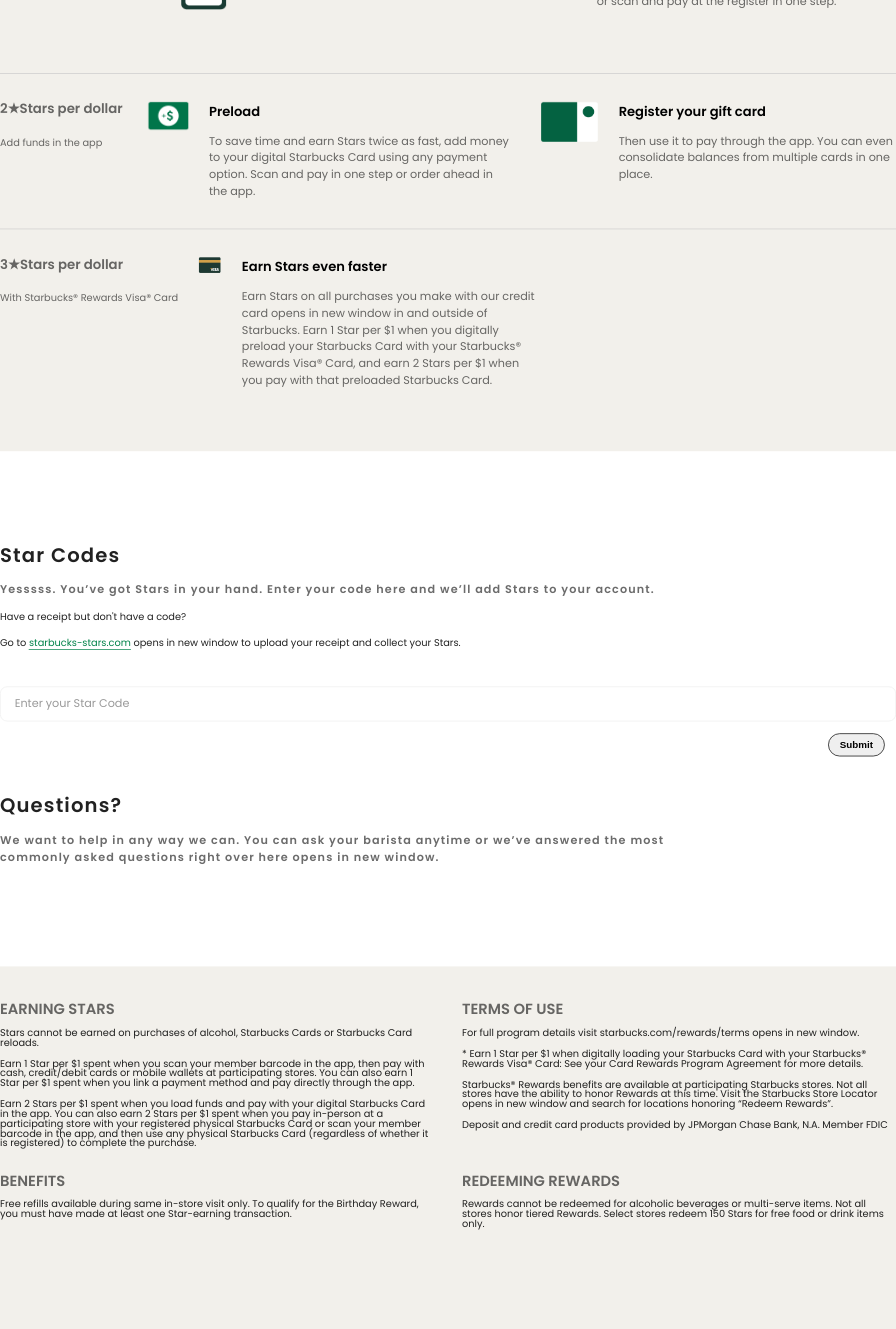
Repository: Akashiii1/StarBucks
Page: index.html
These files come from the project's save history. The page is drawn as it stood at one moment and after the next save; the edit follows.
The browser window is 1280 px wide. The pictures show the part of the page from y = 2812 to 4732 px (the page is 4710 px tall before and 4732 px after), at 70% of full size.

Above is the page before, as saved 2022-02-03 23:48:09.

After the next save:
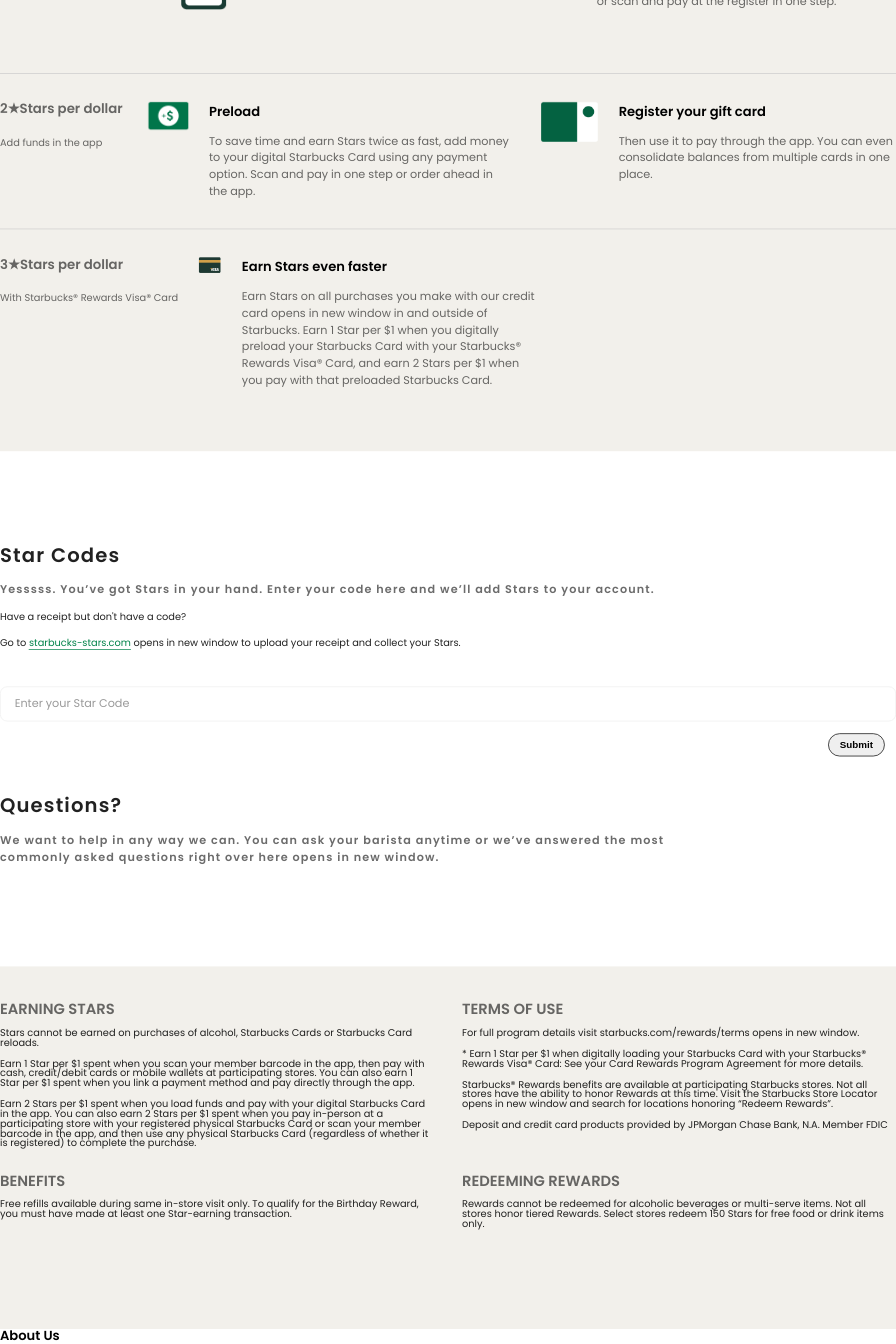
Saved 9 s later.
--- a/index.html
+++ b/index.html
@@ -482,7 +482,9 @@
       <!-- Footer -->
       <section class="footer">
         <div class="container ft-content">
-          <div class="ft-item"></div>
+          <div class="ft-item">
+            <h3>About Us</h3>
+          </div>
         </div>
       </section>
     </div>
